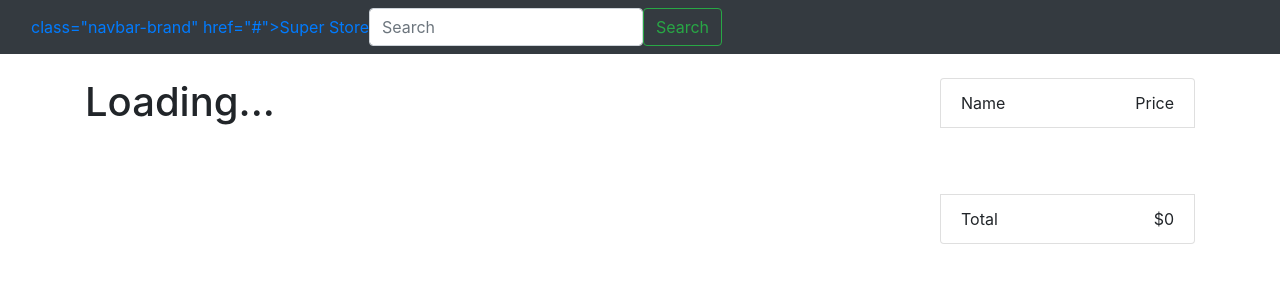
Repository: rockeycse/superstore
Page: /
An editor plug-in stored every save of this project. The page is shown before and after the next save, followed by the edit.
The browser window is 1280 px wide. The pictures show the whole page.
The page's requests for data from a server got no answer. The project was rebuilt for these pictures with package versions that can differ from the ones it lists, and the page was loaded fresh each time. No one was signed in, and anything a server would have sent is missing. Also part of the build but not shown: src/components/views/ItemDetails.vue, src/components/views/Test.vue.

Above is the page before, as saved 2021-06-15 17:13:34.

After the next save:
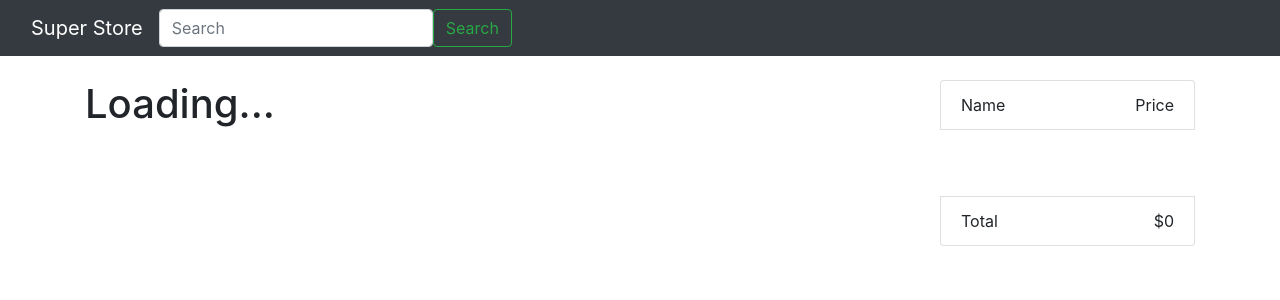
Saved 18 s later.
--- a/src/components/Navbar.vue
+++ b/src/components/Navbar.vue
@@ -1,7 +1,7 @@
 <template>
   <nav class="navbar navbar-expand-lg navbar-dark bg-dark">
     <div class="container-fluid">
-      <router-link to=""> class="navbar-brand" href="#">Super Store</router-link>
+      <router-link to="" class="navbar-brand" href="#">Super Store</router-link>
       <button
         class="navbar-toggler"
         type="button"
